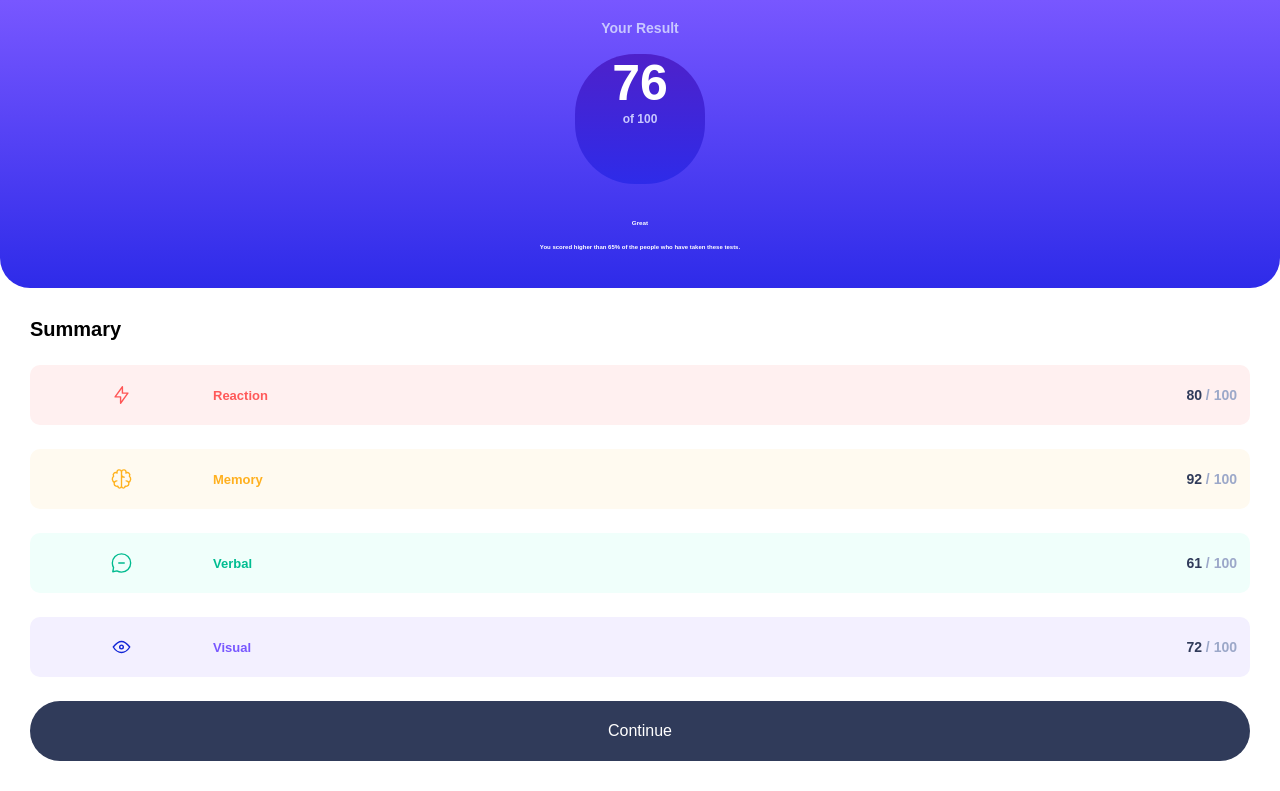
Repository: limaneto/frontend-mentor-results-summary
Page: index.html
These files come from the project's save history. The page is drawn as it stood at one moment and after the next save; the edit follows.
The browser window is 1280 px wide. The pictures show the whole page.

Above is the page before, as saved 2023-11-06 10:03:18.

### index.html
<!DOCTYPE html>
<html lang="en">
  <head>
    <meta charset="UTF-8">
    <meta name="viewport" content="width=device-width, initial-scale=1.0">
    <link rel="stylesheet" href="style.css">
  </head>
  <body>
    <main>
      <section id='result'>
        <h1>Your Result</h1>
        <span id='score'>
          <h2>76</h2>
          <h3>of 100</h3>
        </span>
        <p>
          <h4>Great</h4>
          <h5>You scored higher than 65% of the people who have taken these tests.</h5>
        </p>
      </section>
      <summary>
        <h2>Summary</h2>
        <ul>
          <li id='reaction'>
            <img id='icons' src="./assets/images/icon-reaction.svg" alt="Lightning">
            Reaction
            <span>
              80 <span>/ 100</span>
            </span>
          </li>
          <li id='memory'>
            <img id='icons' src="./assets/images/icon-memory.svg" alt="Brain">
            Memory
            <span>
              92 <span>/ 100</span>
            </span>
          </li>
          <li id='verbal'>
            <img id='icons' src="./assets/images/icon-verbal.svg" alt="Cloud">
            Verbal
            <span>
              61 <span>/ 100</span>
            </span>
          </li>
          <li id='visual'>
            <img id='icons' src="./assets/images/icon-visual.svg" alt="Eye">
            Visual
            <span>
              72 <span>/ 100</span>
            </span>
          </li>
        </ul>
        <button>Continue</button>
      </summary>
    </main>
  </body>
</html>

### style.css
:root {
  --red: #ff5959;
  --orangey:	#ffb01f;
  --green: #00bd91;
  --blue: #1125d4;
  --pale-blue: #ebf1ff;
  --white: #ffffff;
  --dark-gray-blue: #303b5a;
  --lavender: #c8c7ff;
  --g-slate-blue: #7857ff;
  --g-royal-blue: #2e2be9;
  --g-violet-blue: #4e21ca;
  --g-persian-blue: #2421ca;
}

@font-face {
  font-family: 'HankenGrotesk', sans-serif;
  src: url(./assets/fonts//HankenGrotesk-VariableFont_wght.ttf);
}

* {
  box-sizing: border-box;
  margin: 0;
  padding: 0;
}

html, body {
  font-size: 62.5%;
  font-family: 'HankenGrotesk', sans-serif;
  height: 100vh;
  width: 100vw;
}

li {
  display: block;
}

main {
  height: 100%;
  width: 100%;
}

section {
  display: flex;
  flex-direction: column;
  align-items: center;
  justify-content: space-between;
  padding: 2.0rem;
  height: 40%;
  background: linear-gradient(0deg, var(--g-royal-blue), var(--g-slate-blue));
  border-bottom-left-radius: 30px;
  border-bottom-right-radius: 30px;
  color: var(--white);
}

section > h1 {
  font-size: 1.4rem;
  color: var(--lavender);
}

#score {
  text-align: center;
  height: 130px;
  width: 130px;
  border-radius: 6rem;
  background: linear-gradient(180deg, var(--g-violet-blue), var(--g-royal-blue));
}

#score > h2 {
  font-size: 5rem;
}

#score > h3 {
  font-size: 1.2rem;
  color: var(--lavender);
}

section > p > h4 {
  font-size: 2rem;
}

summary {
  padding: 30px;
}

summary > h2 {
  font-size: 2rem;
}

summary > ul > li {
  font-size: 1.3rem;
  font-weight: bold;
  display: flex;
  align-items: center;
  width: 100%;
  height: 60px;
  border-radius: 10px;
  background-color: #00bd91;
  margin: 24px 0;
}

#reaction {
  color: var(--red);
  background-color: hsl(0, 100%, 97%);
}

#memory {
  color: var(--orangey);
  background-color: hsl(39, 100%, 97%);
}

#verbal {
  color: var(--green);
  background-color: hsl(166, 100%, 97%);
}

#visual {
  color: var(--g-slate-blue);
  background-color: hsl(252, 100%, 97%);
}

#icons {
  width: 15%;
  height: 2.2rem;
}

li > span {
  color: var(--dark-gray-blue);
  font-size: 1.4rem;
  margin-right: 1.3rem;
  margin-left: auto;
}

li > span > span {
  color: hsl(224, 30%, 70%);
}

summary > button {
  background-color: var(--dark-gray-blue);
  width: 100%;
  height: 60px;
  color: var(--white);
  border: none;
  border-radius: 3.2rem;
  font-size: 1.6rem;
}

After the next save:
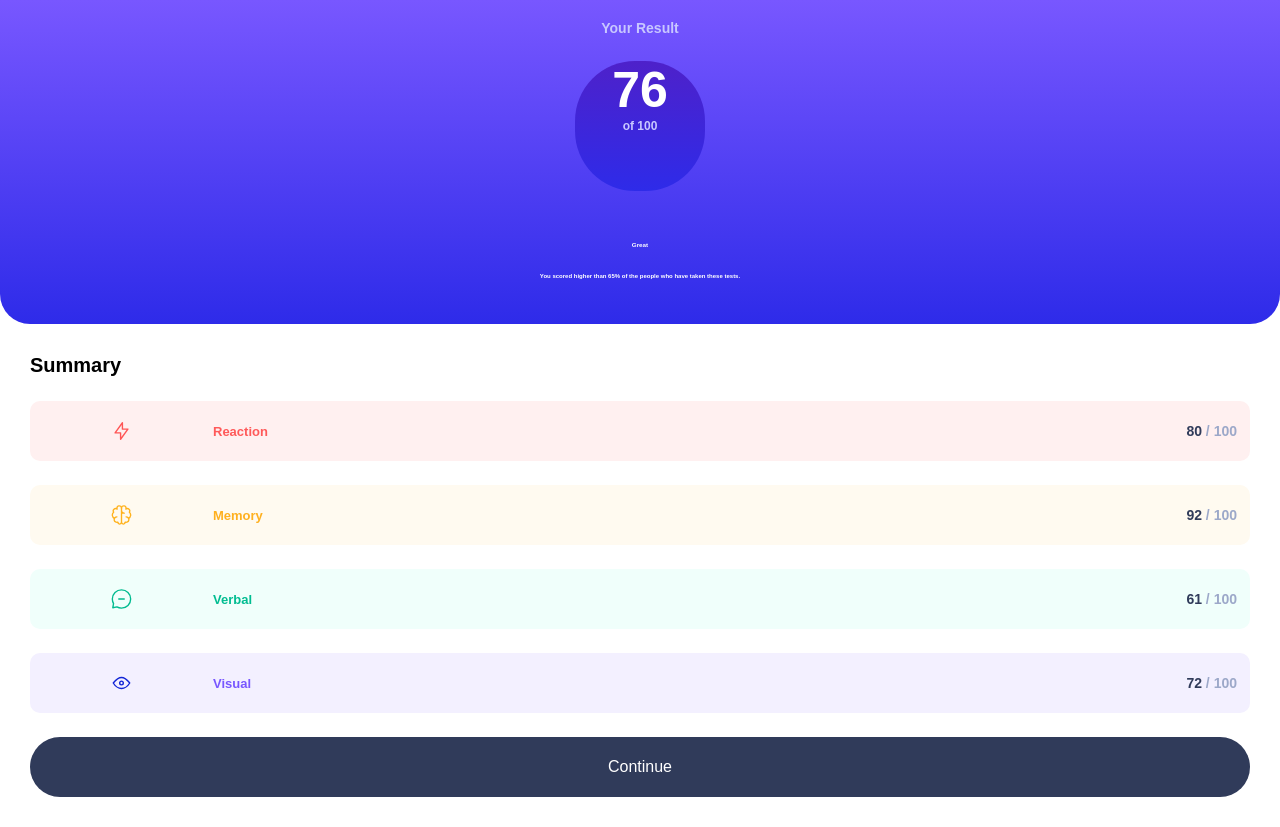
Saved 37 s later.
--- a/style.css
+++ b/style.css
@@ -46,7 +46,7 @@
   align-items: center;
   justify-content: space-between;
   padding: 2.0rem;
-  height: 40%;
+  height: 45%;
   background: linear-gradient(0deg, var(--g-royal-blue), var(--g-slate-blue));
   border-bottom-left-radius: 30px;
   border-bottom-right-radius: 30px;

After the save that followed:
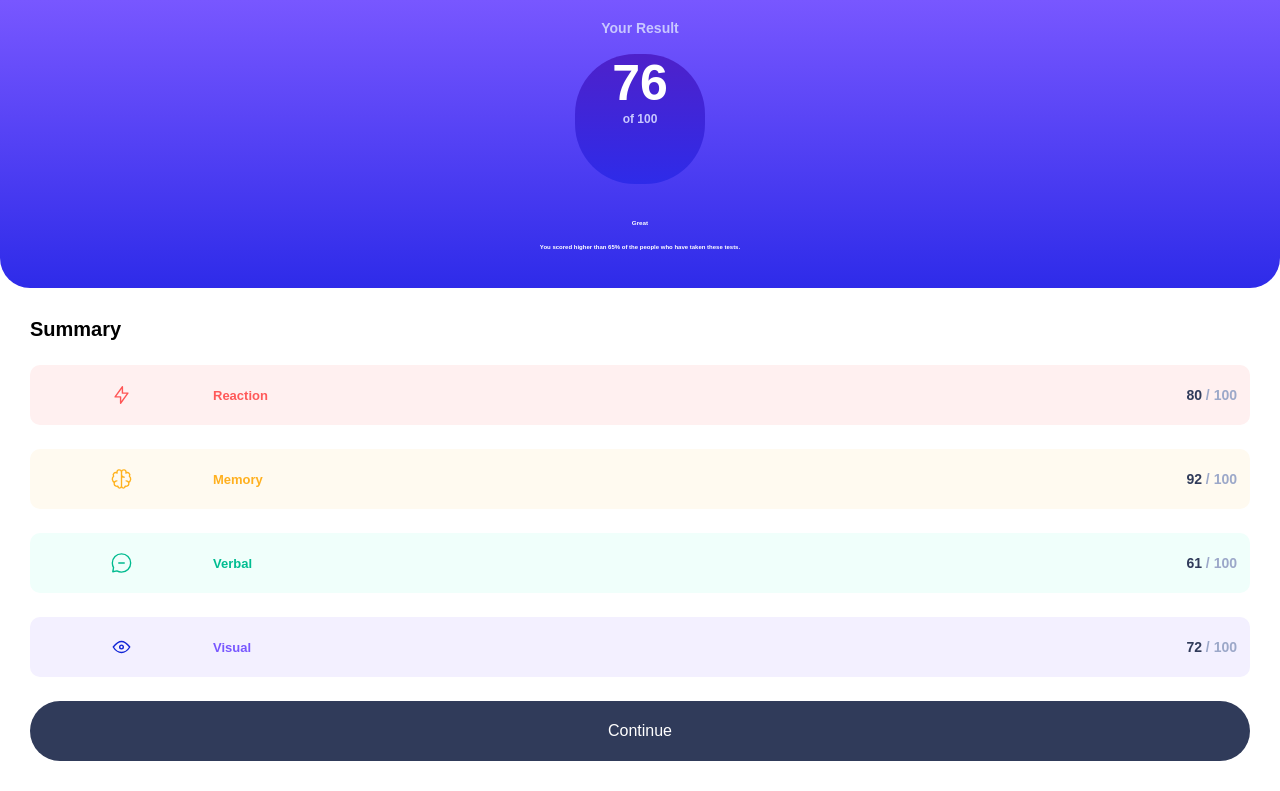
Saved 17 s later.
--- a/style.css
+++ b/style.css
@@ -46,7 +46,7 @@
   align-items: center;
   justify-content: space-between;
   padding: 2.0rem;
-  height: 45%;
+  height: 40%;
   background: linear-gradient(0deg, var(--g-royal-blue), var(--g-slate-blue));
   border-bottom-left-radius: 30px;
   border-bottom-right-radius: 30px;
